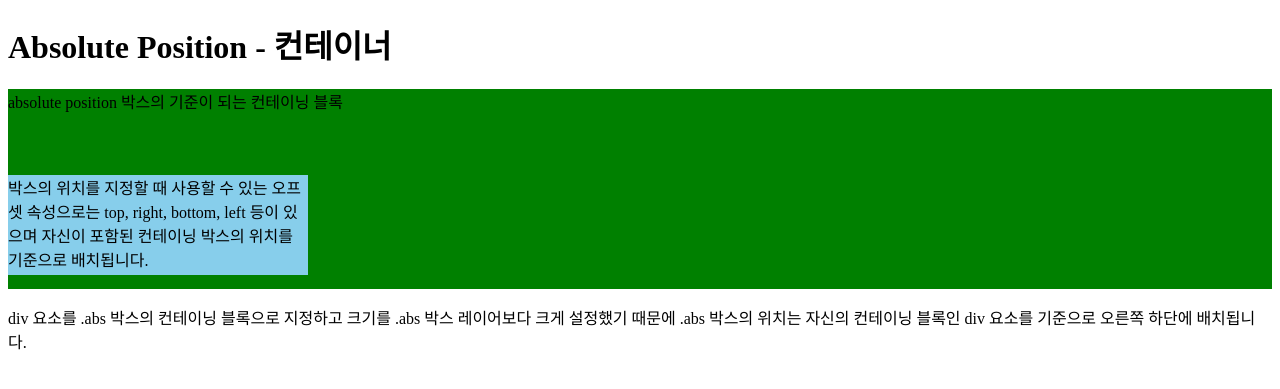
Repository: gus-123/Edu_KCC_HTML
Page: CSS/WebContent/css_exam06.html
An editor plug-in stored every save of this project. The page is shown before and after the next save, followed by the edit.
The browser window is 1280 px wide. The pictures show the whole page.

Above is the page before, as saved 2024-07-09 05:37:22.

### CSS/WebContent/css_exam06.html
<!DOCTYPE html PUBLIC "-//W3C//DTD XHTML 1.0 Transitional//EN" "http://www.w3.org/TR/xhtml1/DTD/xhtml1-transitional.dtd">
<html xmlns="http://www.w3.org/1999/xhtml" xml:lang="ko">
<head>
<title>absolute position의 컨테이닝 박스</title>
<meta http-equiv="content-type" content="text/html; charset=euc-kr" />
<style type="text/css">
div {
	width: 100%;
	height: 200px;
	position: relative;
	background-color: green;
}

p.abs {
	width: 300px;
	height: 100px;
	position: absolute;
	background-color: skyblue;
	top: 70px;
}
</style>
</head>
<body>
	<h1>Absolute Position - 컨테이너</h1>
	<div>
		<p>absolute position 박스의 기준이 되는 컨테이닝 블록</p>
		<p class="abs">박스의 위치를 지정할 때 사용할 수 있는 오프셋 속성으로는 top, right,
			bottom, left 등이 있으며 자신이 포함된 컨테이닝 박스의 위치를 기준으로 배치됩니다.</p>
	</div>
	<p>div 요소를 .abs 박스의 컨테이닝 블록으로 지정하고 크기를 .abs 박스 레이어보다 크게 설정했기 때문에
		.abs 박스의 위치는 자신의 컨테이닝 블록인 div 요소를 기준으로 오른쪽 하단에 배치됩니다.</p>
</body>
</html>

After the next save:
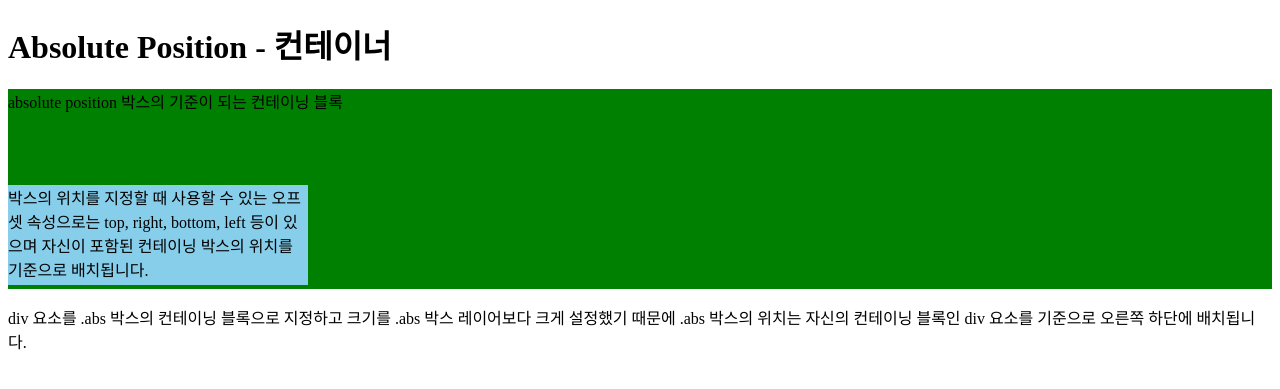
Saved 5 s later.
--- a/CSS/WebContent/css_exam06.html
+++ b/CSS/WebContent/css_exam06.html
@@ -16,7 +16,7 @@ p.abs {
 	height: 100px;
 	position: absolute;
 	background-color: skyblue;
-	top: 70px;
+	top: 80px;
 }
 </style>
 </head>
